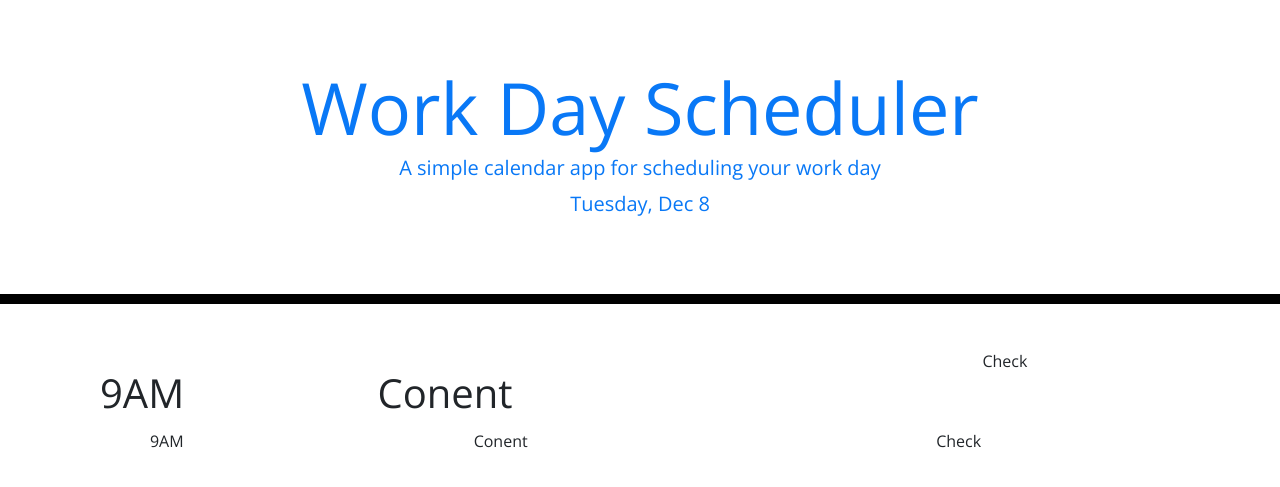
Repository: Mf948/DailyPlannerJS
Page: Develop/index.html
The author's editor kept a copy of each file at every save. The page is drawn from the files as they stood at one save, then again after a run of saves.
The browser window is 1280 px wide. The pictures show the whole page.
Some web libraries are served in a nearby version.

Above is the page before, as saved 2020-12-09 16:55:07.

After the next 2 saves:
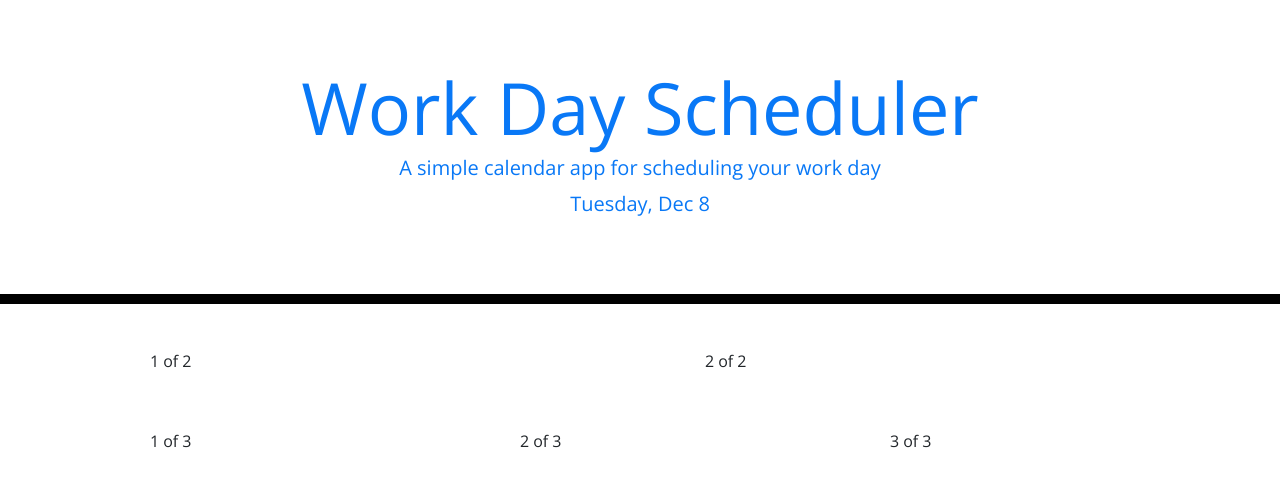
The 2 saves are shown as one change because they came seconds apart.
The last was saved 4 min 31 s later.
--- a/Develop/index.html
+++ b/Develop/index.html
@@ -34,24 +34,21 @@
       <div class="container">
         <div class="row">
           <div class="col">
-            <h1>9AM</h1>
-          </div>
-          <div class="col-6">
-            <div class="h1">Conent</div>
+            1 of 2
           </div>
           <div class="col">
-            Check
+            2 of 2
           </div>
         </div>
         <div class="row">
           <div class="col">
-            9AM
-          </div>
-          <div class="col-5">
-            Conent
+            1 of 3
           </div>
           <div class="col">
-            Check
+            2 of 3
+          </div>
+          <div class="col">
+            3 of 3
           </div>
         </div>
       </div>
